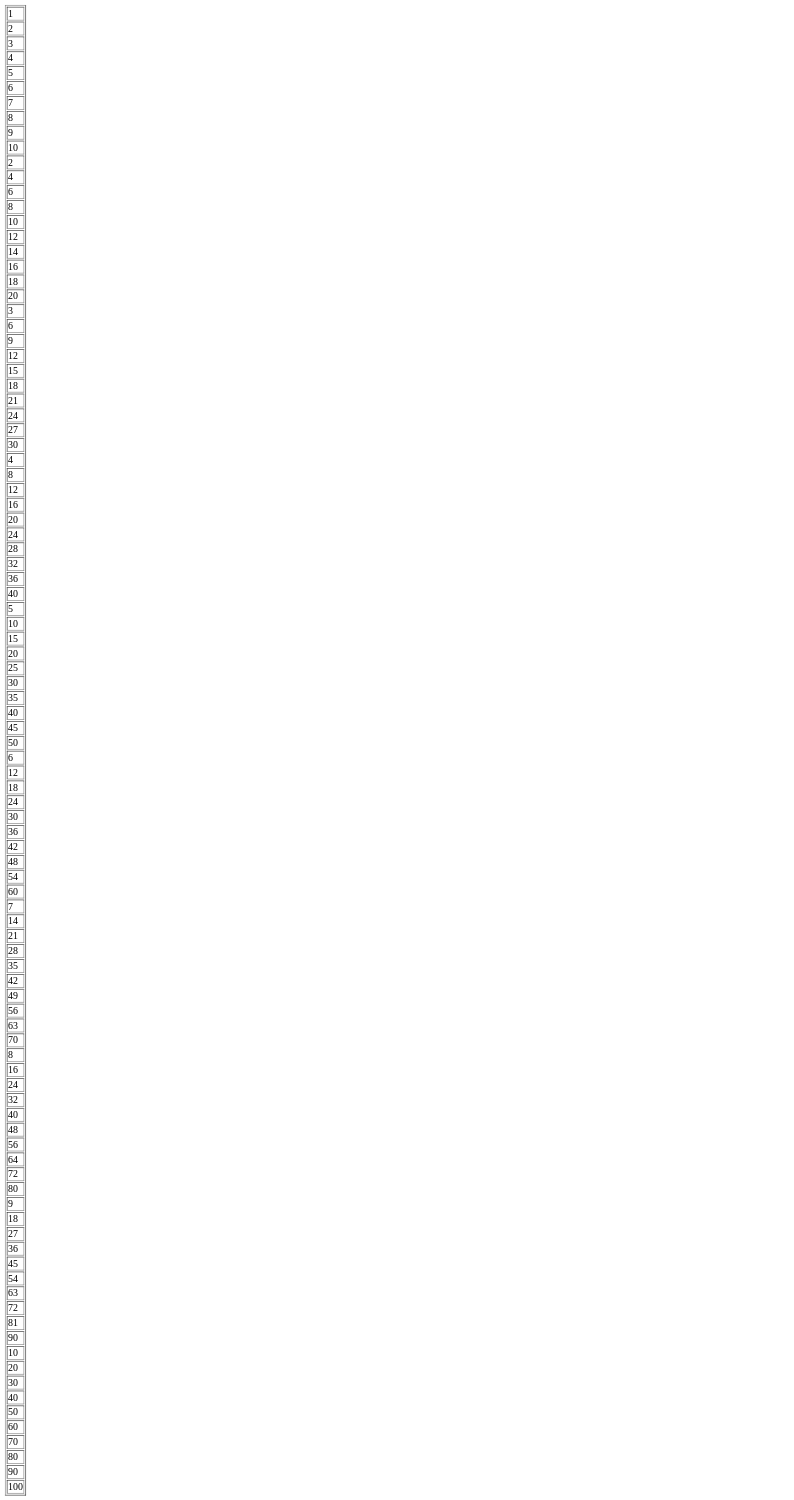
Repository: jeongho97/JSP
Page: http://localhost/JSP/예제2.jsp
These files come from the project's save history. The page is drawn as it stood at one moment and after the next save; the edit follows.
The browser window is 1280 px wide. The pictures show the whole page, at 62% of full size.
The page is served by Tomcat 9. Other server files are loaded and not shown.

Above is the page before, as saved 2022-05-17 02:40:13.

### JSP/WebContent/예제2.jsp
<%@ page language="java" contentType="text/html; charset=UTF-8"
    pageEncoding="UTF-8"%>
<!DOCTYPE html>
<html>
<head>
<meta charset="UTF-8">
<title>Insert title here</title>
</head>
<body>

<%
	int i=0;
	int j=0;
%>
<table border="1">
<%
	for(i=1;i<=10;i++){
%>

<%
		for(j=1;j<=10;j++){
%>
				<tr>
					<td><%=i*j%></td>
				</tr>
<%
		}
%>
<%
	}
%>
</table>
</body>
</html>

After the next save:
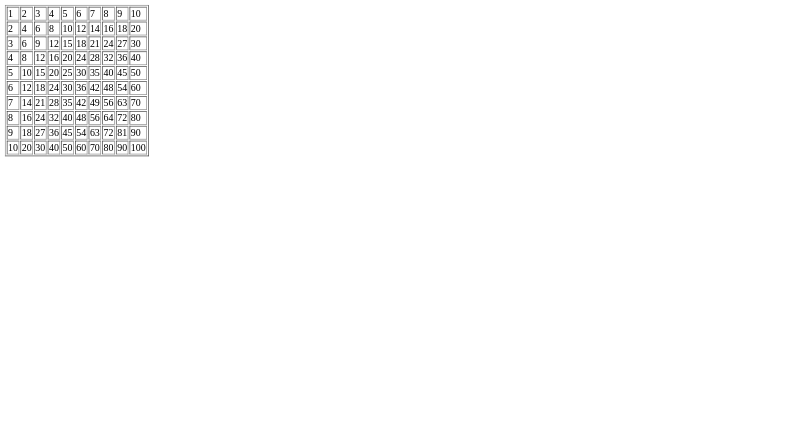
Saved 28 s later.
--- a/JSP/WebContent/예제2.jsp
+++ b/JSP/WebContent/예제2.jsp
@@ -16,16 +16,17 @@
 <%
 	for(i=1;i<=10;i++){
 %>
-
+		<tr>
 <%
 		for(j=1;j<=10;j++){
 %>
-				<tr>
+
 					<td><%=i*j%></td>
-				</tr>
+
 <%
 		}
 %>
+		</tr>
 <%
 	}
 %>
